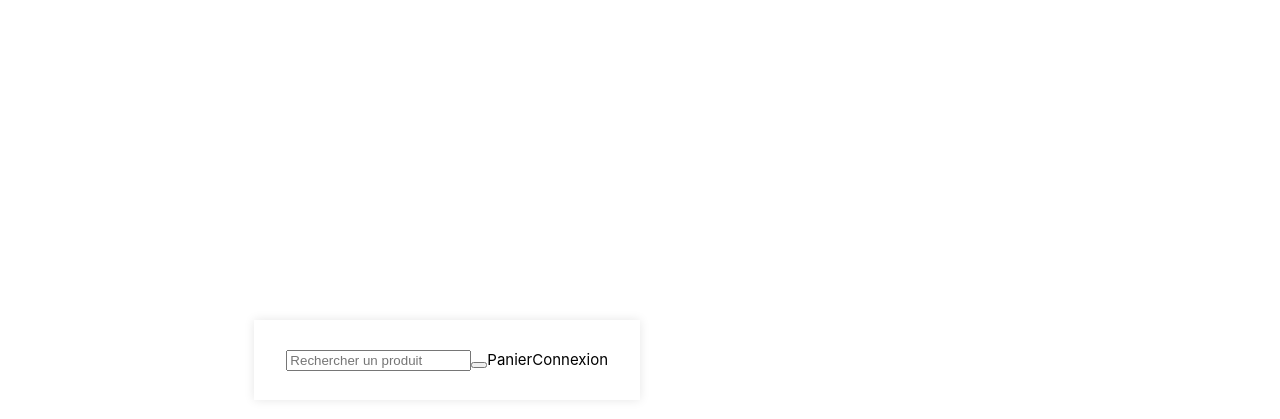
Repository: Tructruc/SAE-ALT-S3-Dev-23-24-Occupation-salles-3A-Groupe-2
Page: / (app in frontend/front-vue/)
An editor plug-in stored every save of this project. The page is shown before and after the next save, followed by the edit.
The browser window is 1280 px wide. The pictures show the whole page.
The project was rebuilt for these pictures with package versions that can differ from the ones it lists, and the page was loaded fresh each time. Also part of the build but not shown: frontend/front-vue/vite.config.js, frontend/front-vue/src/components/HelloWorld.vue, frontend/front-vue/src/components/WelcomeItem.vue, frontend/front-vue/src/components/icons/IconDocumentation.vue, frontend/front-vue/src/components/icons/IconTooling.vue, frontend/front-vue/src/components/icons/IconEcosystem.vue, frontend/front-vue/src/components/icons/IconCommunity.vue, frontend/front-vue/src/components/icons/IconSupport.vue and 1 more.

Above is the page before, as saved 2024-01-10 09:09:03.

After the next save:
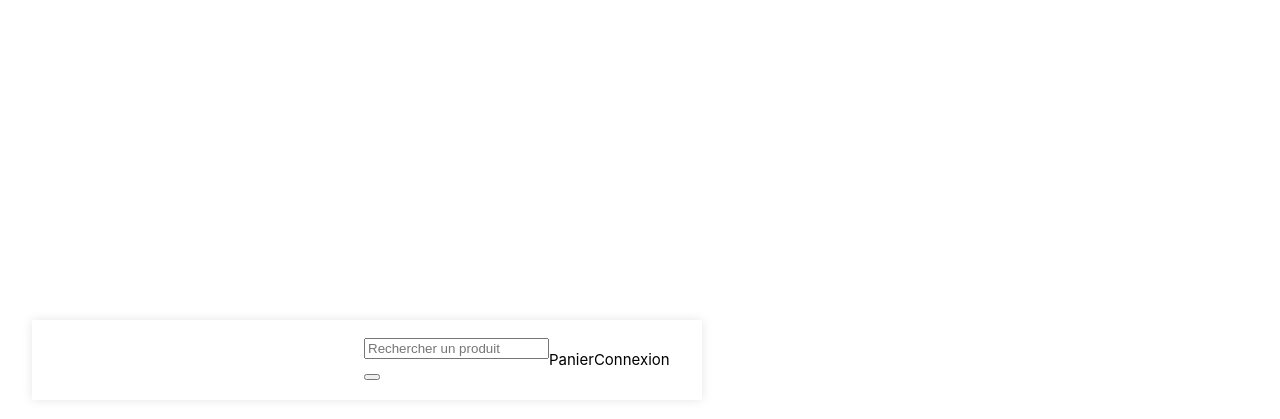
Saved 43 s later.
--- a/frontend/front-vue/src/components/Header.vue
+++ b/frontend/front-vue/src/components/Header.vue
@@ -3,7 +3,7 @@
   <div class="header">
     <div class="header__logo">
       <router-link to="/">
-        <img src="../assets/logo.svg" alt="logo" />
+        <svg src="../assets/logo.svg" alt="logo" />
       </router-link>
     </div>
     <div class="header__search">

After the 2 saves that followed:
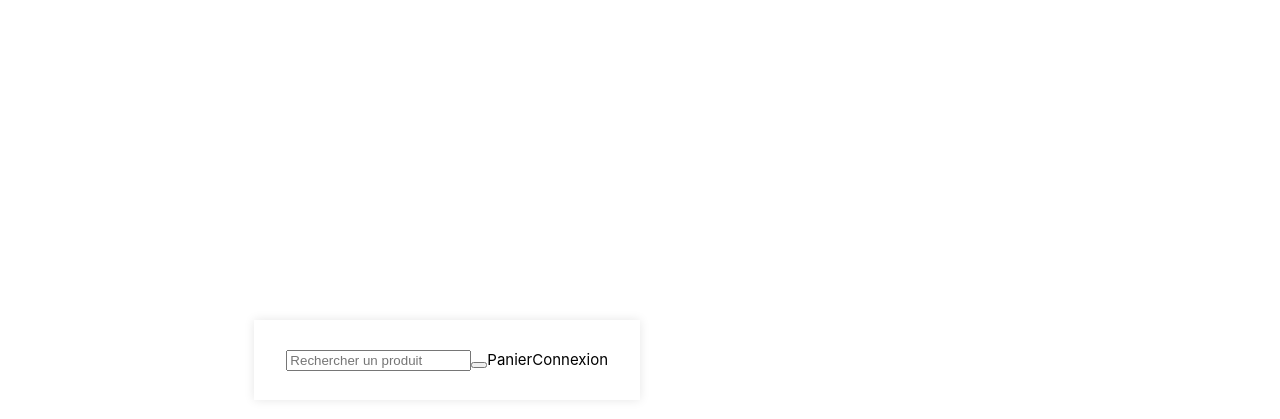
The 2 saves are shown as one change because 1 left the picture as it was.
The last was saved 36 s later.
--- a/frontend/front-vue/src/components/Header.vue
+++ b/frontend/front-vue/src/components/Header.vue
@@ -3,7 +3,6 @@
   <div class="header">
     <div class="header__logo">
       <router-link to="/">
-        <svg src="../assets/logo.svg" alt="logo" />
       </router-link>
     </div>
     <div class="header__search">
